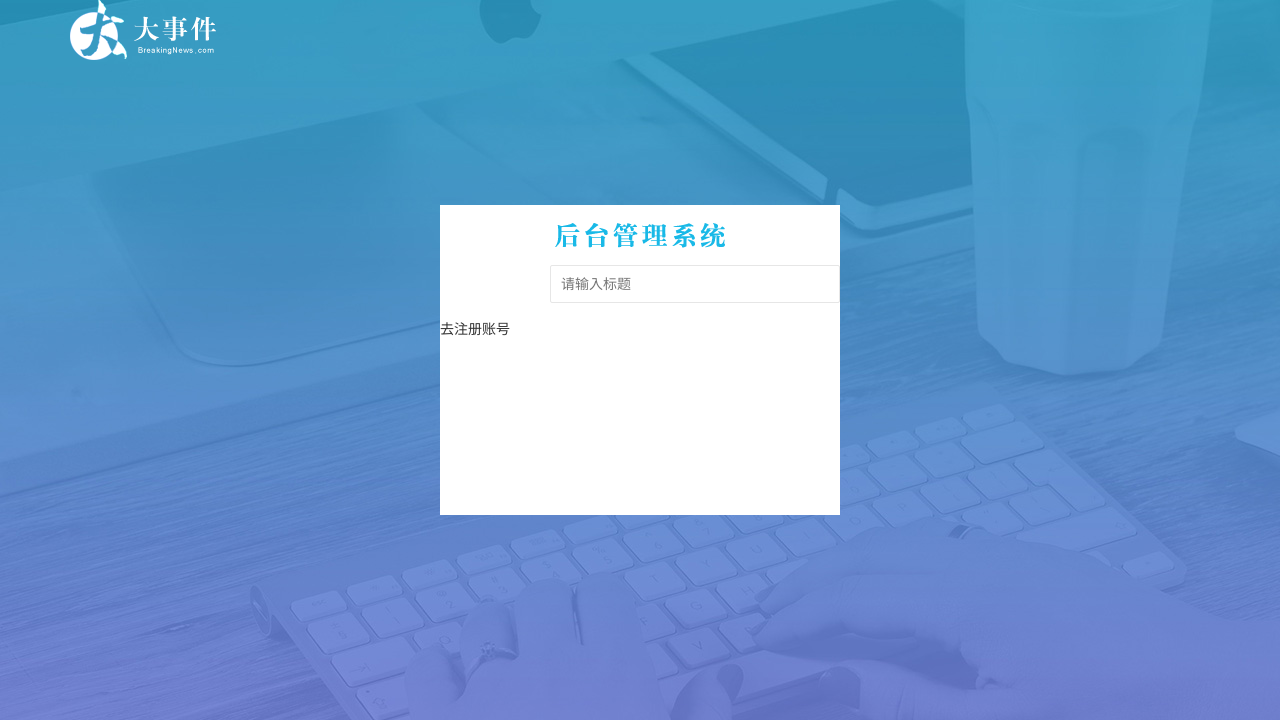
Repository: lithronmatic/web_bigbigevent
Page: login.html
The author's editor kept a copy of each file at every save. The page is drawn from the files as they stood at one save, then again after the next save.
The browser window is 1280 px wide. The pictures show the whole page.

Above is the page before, as saved 2022-08-23 11:47:25.

After the next save:
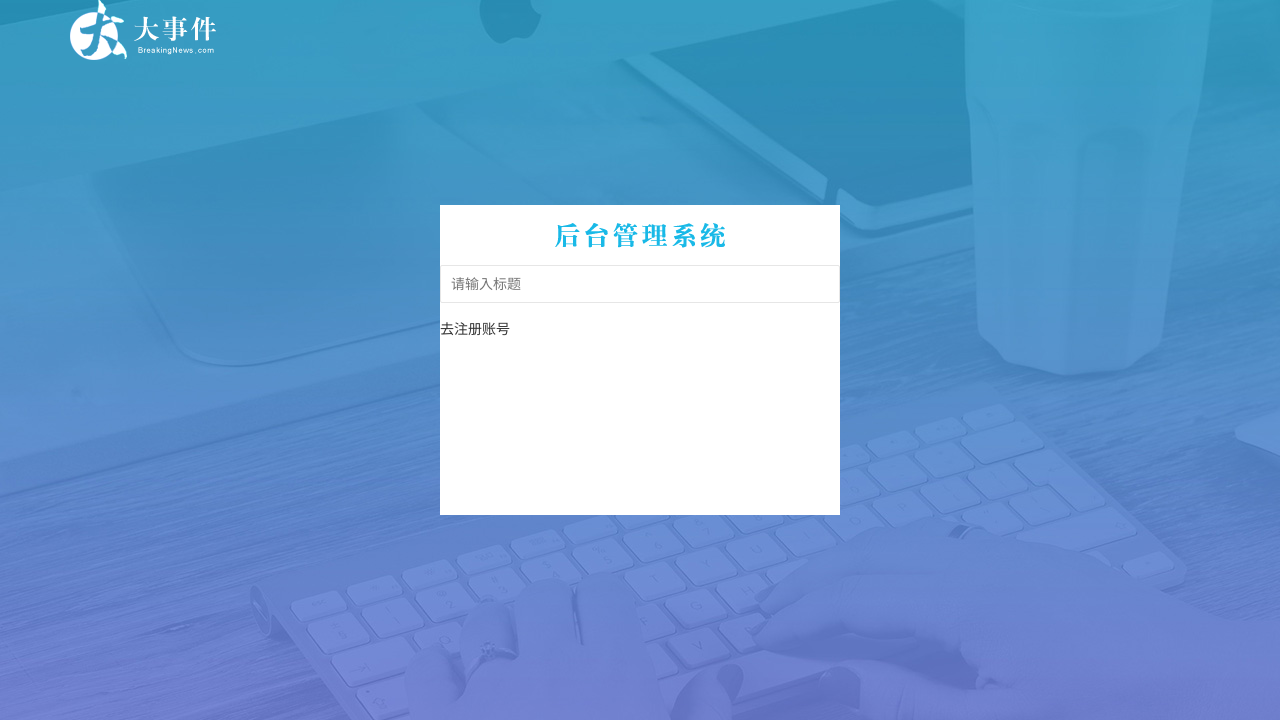
Saved 10 min 16 s later.
--- a/login.html
+++ b/login.html
@@ -1,5 +1,6 @@
 <!DOCTYPE html>
 <html lang="en">
+
 <head>
     <meta charset="UTF-8">
     <meta http-equiv="X-UA-Compatible" content="IE=edge">
@@ -8,6 +9,7 @@
     <link rel="stylesheet" href="/assets/lib/layui/css/layui.css">
     <link rel="stylesheet" href="./assets/css/login.css">
 </head>
+
 <body>
     <!-- 头部的logo区域 -->
     <div class="layui-main">
@@ -22,9 +24,8 @@
             <!-- 登录的表单 -->
             <form class="layui-form" action="">
                 <div class="layui-form-item">
-                  <div class="layui-input-block">
-                    <input type="text" name="title" required  lay-verify="required" placeholder="请输入标题" autocomplete="off" class="layui-input">
-                  </div>
+                    <input type="text" name="title" required lay-verify="required" placeholder="请输入标题"
+                        autocomplete="off" class="layui-input">
                 </div>
             </form>
             <a href="javascript:;" id="link_reg">去注册账号</a>
@@ -40,4 +41,5 @@
     <!-- 导入自己的js -->
     <script src="./assets/js/login.js"></script>
 </body>
+
 </html>
